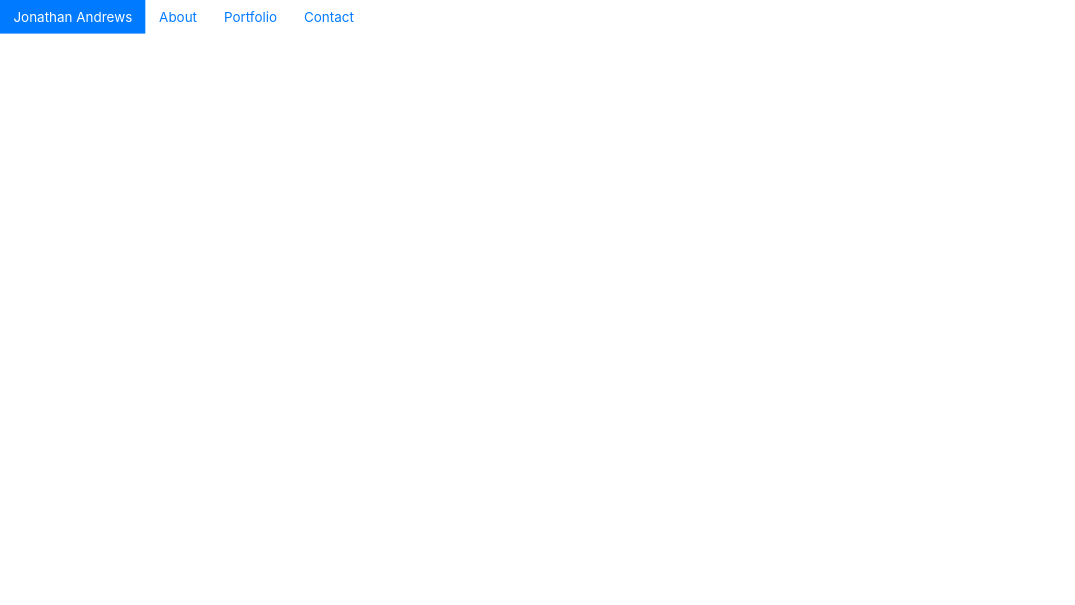
Repository: ionathas78/ionathas78.github.io
Page: index.html
The author's editor kept a copy of each file at every save. The page is drawn from the files as they stood at one save, then again after the next save.
The browser window is 1280 px wide. The pictures show the whole page, at 84% of full size.

Above is the page before, as saved 2020-03-14 20:33:46.

After the next save:
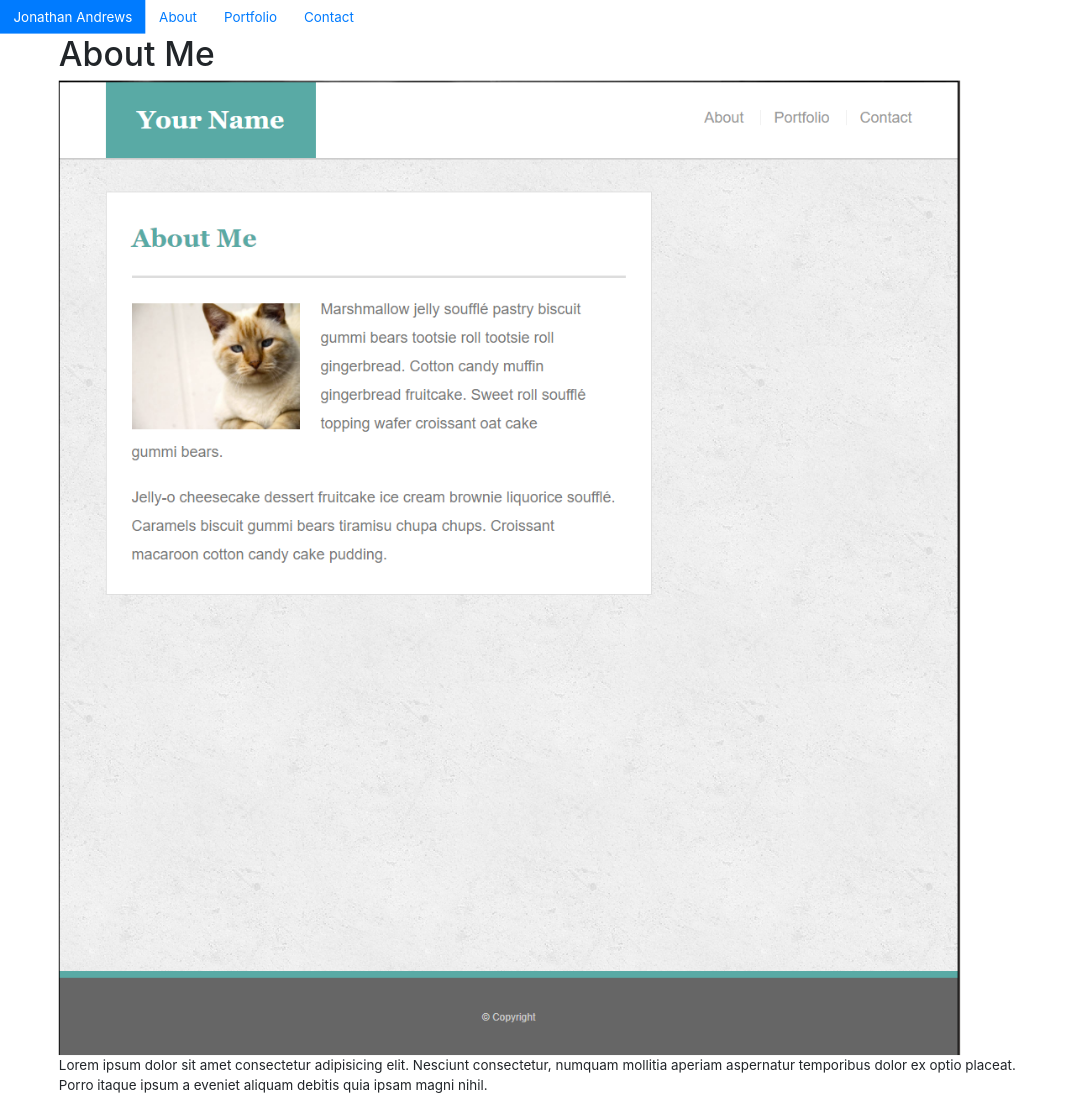
Saved 5 min 15 s later.
--- a/index.html
+++ b/index.html
@@ -21,9 +21,23 @@
             </li>
             <li class="nav-item">
                 <a class="nav-link" href="contact.html">Contact</a>
-              </li>
-            </ul>
+            </li>
+        </ul>
     </header>
+
+    <div class="container">
+        <div class="row">
+            <h1>About Me</h1>
+            <img
+                src="assets/Images/980-index.jpg"
+                alt="My Index Pic"
+                class="float-left"
+            />
+            <p>
+                Lorem ipsum dolor sit amet consectetur adipisicing elit. Nesciunt consectetur, numquam mollitia aperiam aspernatur temporibus dolor ex optio placeat. Porro itaque ipsum a eveniet aliquam debitis quia ipsam magni nihil.
+            </p>
+        </div>
+    </div>
 
     <!-- JS Scripts -->
 

After the save that followed:
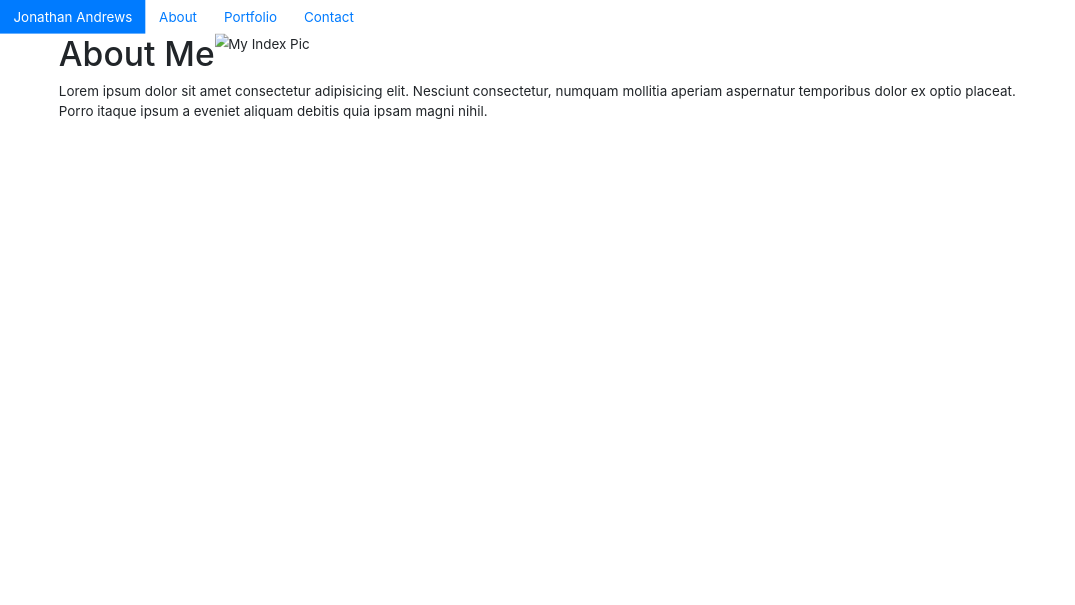
Not found: via.placeholder.com/150
Saved 4 min 50 s later.
--- a/index.html
+++ b/index.html
@@ -29,7 +29,7 @@
         <div class="row">
             <h1>About Me</h1>
             <img
-                src="assets/Images/980-index.jpg"
+                src="via.placeholder.com/150"
                 alt="My Index Pic"
                 class="float-left"
             />
